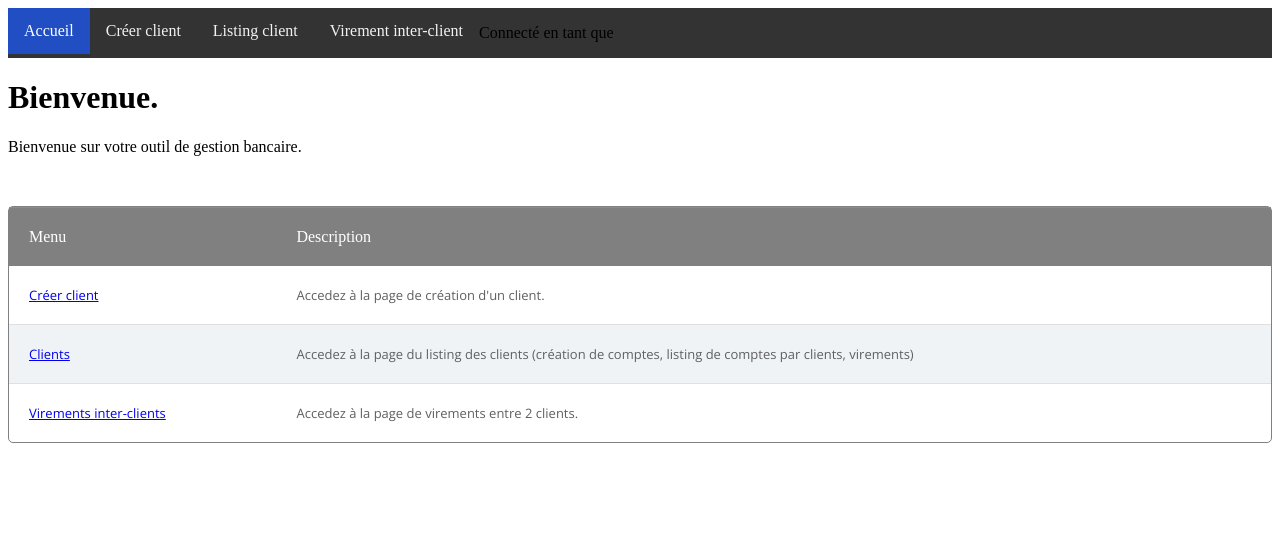
Repository: LoicAuge/Projet-Banque-Java-Spring
Page: http://localhost/banque-www/WEB-INF/views/homeClient.jsp
These files come from the project's save history. The page is drawn as it stood at one moment and after the next save; the edit follows.
The browser window is 1280 px wide. The pictures show the whole page.
Some web fonts or font styles are not loaded; a fallback is used. The page is served by Tomcat 9. Nobody is signed in. The template is opened directly, without the code that normally fills it, so the values that code supplies are empty.

Above is the page before, as saved 2021-01-07 16:15:46.

After the next save:
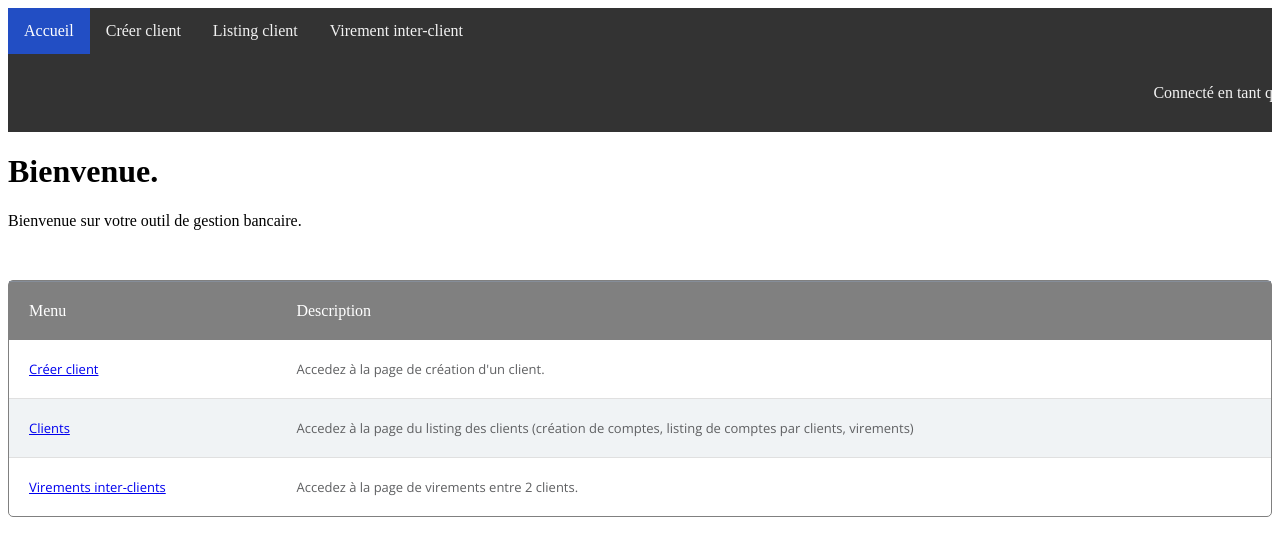
Saved 70 s later.
--- a/banque-www/src/main/webapp/WEB-INF/views/homeClient.jsp
+++ b/banque-www/src/main/webapp/WEB-INF/views/homeClient.jsp
@@ -31,6 +31,17 @@ p, h1, li {
   float: left;
   color: #f2f2f2;
   text-align: center;
+  padding: 14px 16px;
+  text-decoration: none;
+  font-family: 'Patua One', cursive;
+  font-size:16px;
+  font-weight:400;
+}
+
+.topnav p {
+  float: left;
+  color: #f2f2f2;
+  text-align: right;
   padding: 14px 16px;
   text-decoration: none;
   font-family: 'Patua One', cursive;
